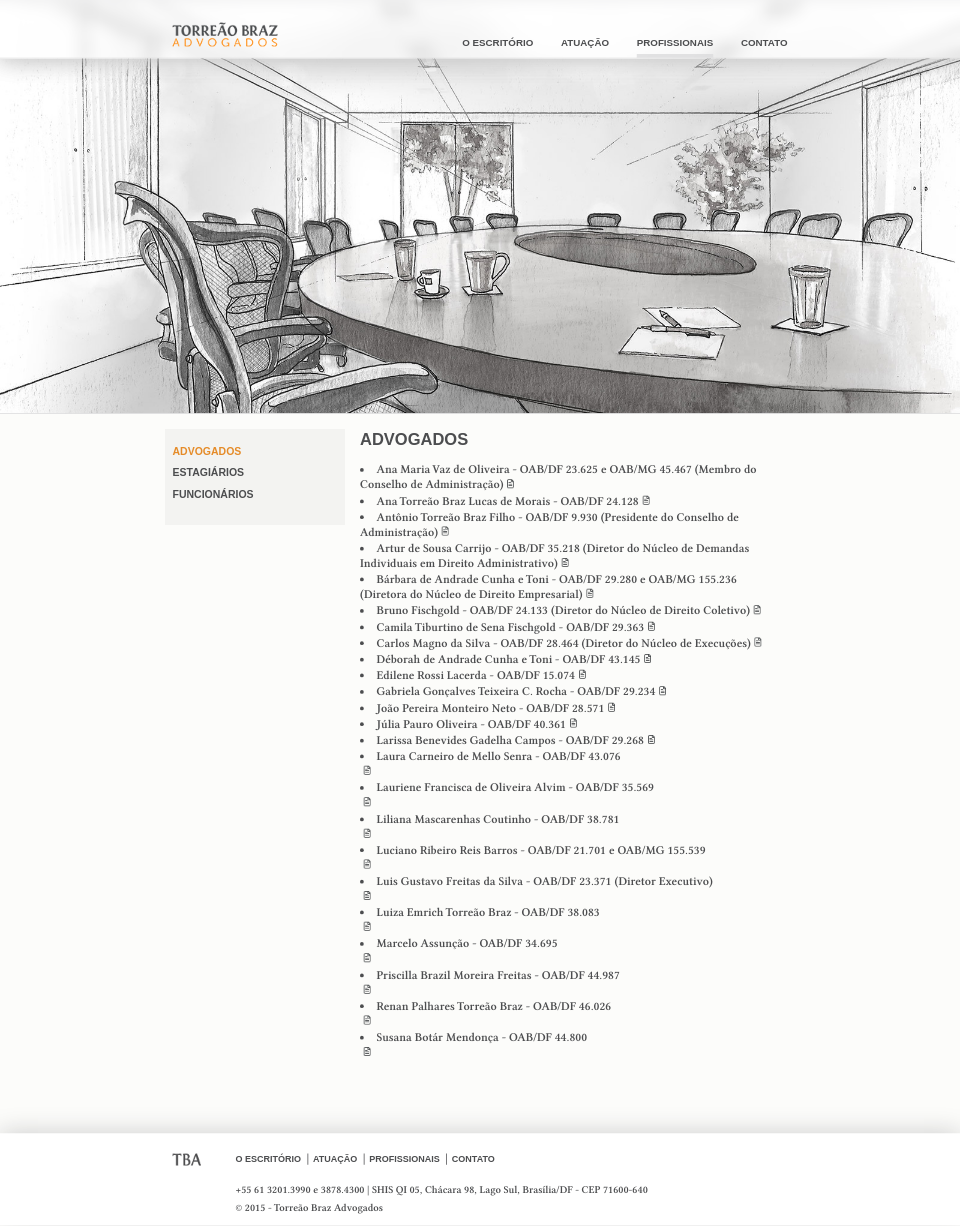
Repository: flira/torreao-braz
Page: dev/profissionais.html
The author's editor kept a record of every edit. The page is drawn from the files as they stood at one moment, then again after the next edit.
The browser window is 1280 px wide. The pictures show the whole page, at 75% of full size.
Some web libraries are served in a nearby version.

Above is the page before.

After the next edit:
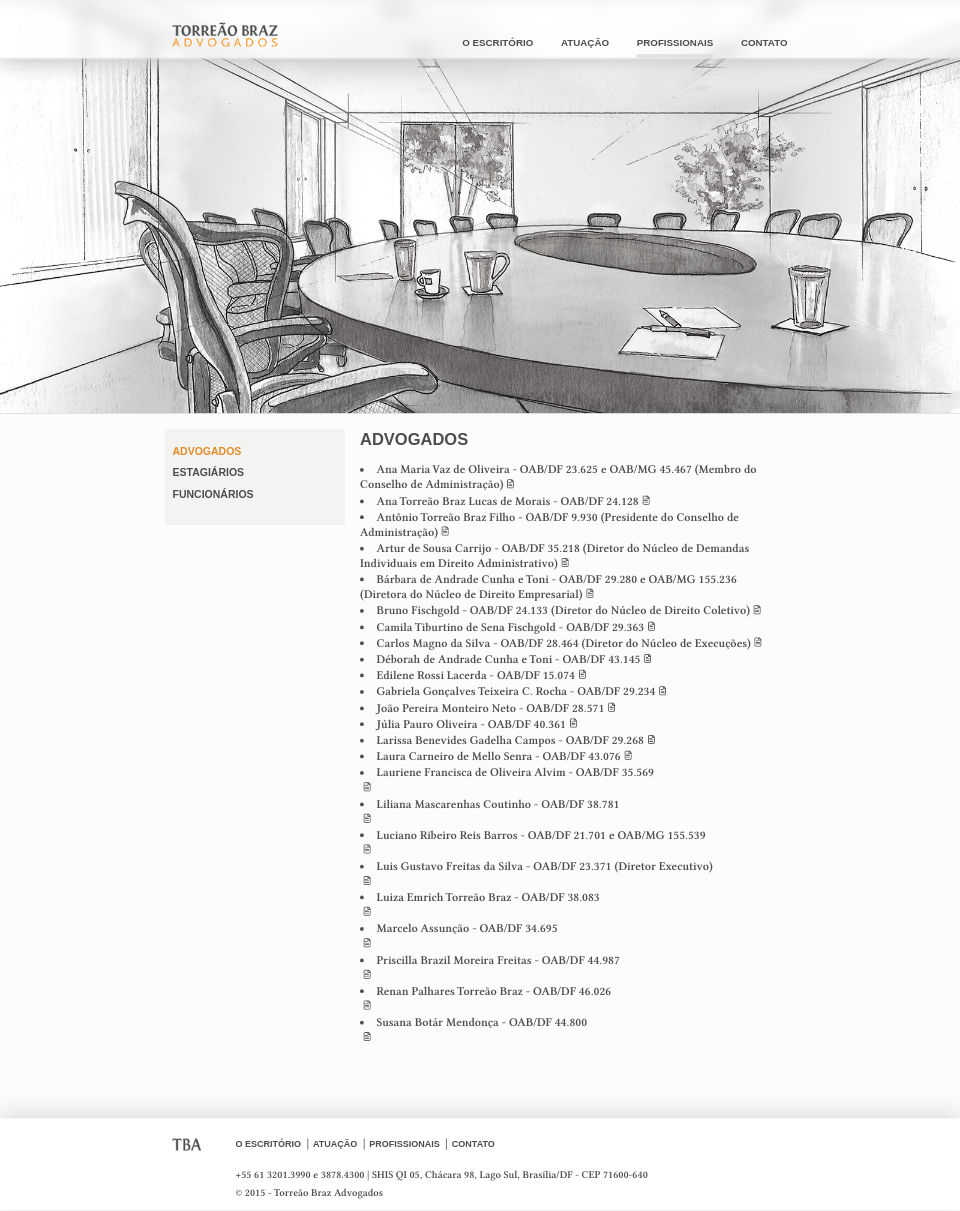
The edit:
--- a/dev/profissionais.html
+++ b/dev/profissionais.html
@@ -250,7 +250,7 @@
                 </div>
             </li>
             <li class="accordion">
-              <span class="cv" id="">Laura Carneiro de Mello Senra - OAB/DF 43.076</a>
+              <span class="cv" id="">Laura Carneiro de Mello Senra - OAB/DF 43.076</span>
                 <div>
                   <div class="content">
                     <a href="mailto:laura@torreaobraz.com.br" class="email">laura@torreaobraz.com.br</a>
